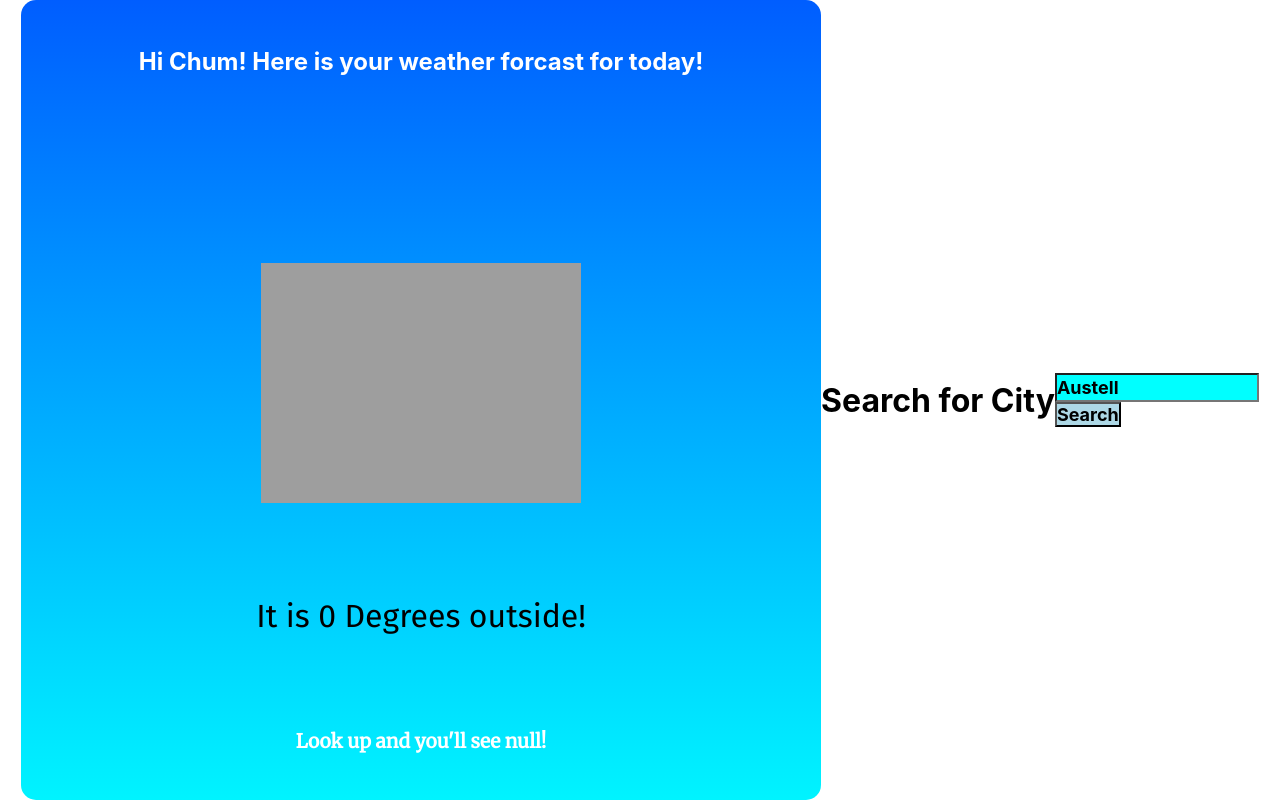
Repository: sayrilamar/chumsweatherapp
Page: /
These files come from the project's save history. The page is drawn as it stood at one moment and after a run of saves; the edit follows.
The browser window is 1280 px wide. The pictures show the whole page.
Pictures or frames that could not be fetched are drawn as grey boxes. The page's requests for data from a server got no answer. The project was rebuilt for these pictures with package versions that can differ from the ones it lists, and the page was loaded fresh each time. No one was signed in, and anything a server would have sent is missing.

Above is the page before, as saved 2020-04-19 08:34:27.

### src/index.css
* {
  margin: 0;
  padding: 0;
  font-family: -apple-system, BlinkMacSystemFont, 'Segoe UI', 'Roboto', 'Oxygen',
    'Ubuntu', 'Cantarell', 'Fira Sans', 'Droid Sans', 'Helvetica Neue',
    sans-serif;
  -webkit-font-smoothing: antialiased;
  -moz-osx-font-smoothing: grayscale;
}

### src/App.js
import React, {useState, useEffect} from "react";
import "./App.css";
import WeatherCard from "./components/WeatherCard/component.js";

function App() {
  const [query,
    setQuery] = useState("Austell");
  const [weather,
    setWeather] = useState({temp: null, city: null, condition: null, country: null, description: null});

  const data = async q => {
    const apiRes = await fetch(`http://api.openweathermap.org/data/2.5/weather?q=${q}&units=imperial&APPID=ab0ef440364092f54ff821ca2b803163`);
    const resJSON = await apiRes.json();
    return resJSON;
  };

  const handleSearch = e => {
    data(query).then(res => console.log(res));
    e.preventDefault();
    data(query).then(res => {
      setWeather({temp: res.main.temp, city: res.name, condition: res.weather[0].main, country: res.sys.country, description: res.weather[0].description});
    });
  };

  // runs once the dom is loaded for the first time only, because there is no
  // variable being watched in the dependency array
  useEffect(() => {
    data(query).then(res => {
      setWeather({temp: res.main.temp, city: res.name, condition: res.weather[0].main, country: res.sys.country, description: res.weather[0].description});
    });
  }, []);

  return (
    <div className="App">
      <div>
        <WeatherCard
          temp={Math.round(weather.temp)}
          condition={weather.condition}
          city={weather.city}
          state={weather.country}
          description={weather.description}/>
      </div>
      <h1>Search for City</h1>
      <form>
        <div>
          <input
            className="input"
            value={query}
            onChange={e => setQuery(e.target.value)}/>
        </div>
        <div>
          <button className="button" onClick={e => handleSearch(e)}>
            Search
          </button>
        </div>
      </form>
    </div>
  );
}

export default App;

### src/App.css
@import url("https://fonts.googleapis.com/css?family=Merriweather|Fira+Sans&display=swap");

.App {
  margin: 0 auto;
  color: white;
  display: flex;
  justify-content: center;
  align-items: center;
}

h1 {
  color: black;
}

.input {
  background-color: aqua;
  font-weight: bold;
  height: 25px;
  width: 200px;
  font-size: large;
}

.button {
  height: fit-content;
  font-size: large;
  font-weight: bold;
  background-color: lightblue
}

### src/components/WeatherCard/component.js
import React from "react";
import styled from "@emotion/styled";
import Location from "./Location";
import Icon from "./Icon";
import Condition from "./Condition";

const WeatherCard = ({temp, condition, city, state, description}) => {
    let highColor = 0;
    let lowColor = 0;
    let bg = null;

    if (temp > 53.6) {
        highColor = (1 - (temp - 53.6) / 50.4) * 255;
        lowColor = highColor - 150;
        bg = `linear-gradient(
            to top,
            rgb(255, ${highColor}, 0),
            rgb(255, ${lowColor}, 0)
          )`;
    } else if (temp <= 53.6) {
        highColor = (1 - (temp + 4) / 89) * 255;
        lowColor = highColor - 150;
        bg = `linear-gradient(
            to top,
            rgb(0, ${highColor}, 255),
            rgb(0, ${lowColor}, 255)
          )`;
    }

    const Card = styled.div `
    margin: 0 auto;
    background: ${bg};
    width: 800px;
    height: 800px;
    display: flex;
    flex-direction: column;
    justify-content: space-around;
    align-items: center;
    border-radius: 15px;
  `;

    return (
        <Card>
            <h2>Hi Chum! Here is your weather forcast for today!</h2>
            <Location city={city} state={state}/>
            <Icon condition={condition}/>
            <Condition temp={temp} condition={condition} description={description}/>
        </Card>
    );
};

export default WeatherCard;

### src/components/WeatherCard/Location.js
import React from "react";
import styled from "@emotion/styled";

const Location = ({city, state}) => {
  const Container = styled.div `
    text-align: center;
  `;

  const City = styled.h1 `
    font-family: "Merriweather", sans-serif;
    font-size: 1.6rem;
  `;

  const Country = styled.h3 `
    font-family: "Fira Sans", sans-serif;
    font-size: 1.1rem;
  `;

  return (
    <Container>
      <City>{city}</City>
      <Country>{state}</Country>
    </Container>
  );
};

export default Location;

### src/components/WeatherCard/Icon.js
import React from "react";
import styled from "@emotion/styled";

// https://openweathermap.org/weather-conditions
const Icon = ({condition}) => {
  let icon;
  switch (condition) {
    case "Clouds":
      icon = `02d@2x`;
      break;
    case "Clear":
      icon = `01d@2x`;
      break;
    case "Haze":
      icon = `50d@2x`;
      break;
    case "Fog":
      icon = `50d@2x`;
      break;
    case "Tornado":
      icon = `50d@2x`;
      break;
    case "Dust":
      icon = `50d@2x`;
      break;
    case "Mist":
      icon = `50d@2x`;
      break;
    case "Snow":
      icon = `13d@2x`;
      break;
    case "Rain":
      icon = `10d@2x`;
      break;
    case "Drizzle":
      icon = `11d@2x`;
      break;
    case "Thunderstorm":
      icon = `11d@2x`;
      break;
    default:
      icon = ``;
      break;
  }

  const Icon = styled.img `
    width: 40%;
  `;

  return (<Icon src={`http://openweathermap.org/img/wn/${icon}.png`} alt="Weather Icon"/>);
};

export default Icon;

### src/components/WeatherCard/Condition.js
import React, {Fragment} from "react";
import styled from "@emotion/styled";

const Condition = ({temp, condition, description}) => {
  const Temp = styled.h1 `
    font-family: "Fira Sans", sans-serif;
    font-size: 2rem;
    font-weight: 200;
  `;

  const State = styled.h3 `
    font-family: "Merriweather", sans-serif;
    font-size: 1.2rem;
  `;

  return (
    <Fragment>
      <Temp>
        It is {temp + " "}
        Degrees outside!
      </Temp>
      <State>{"Look up and you'll see " + description + "!"}</State>
    </Fragment>
  );
};

export default Condition;

Loaded but not shown: public/index.html (common file); src/index.js (common file); src/serviceWorker.js (common file)

After the next 4 saves:
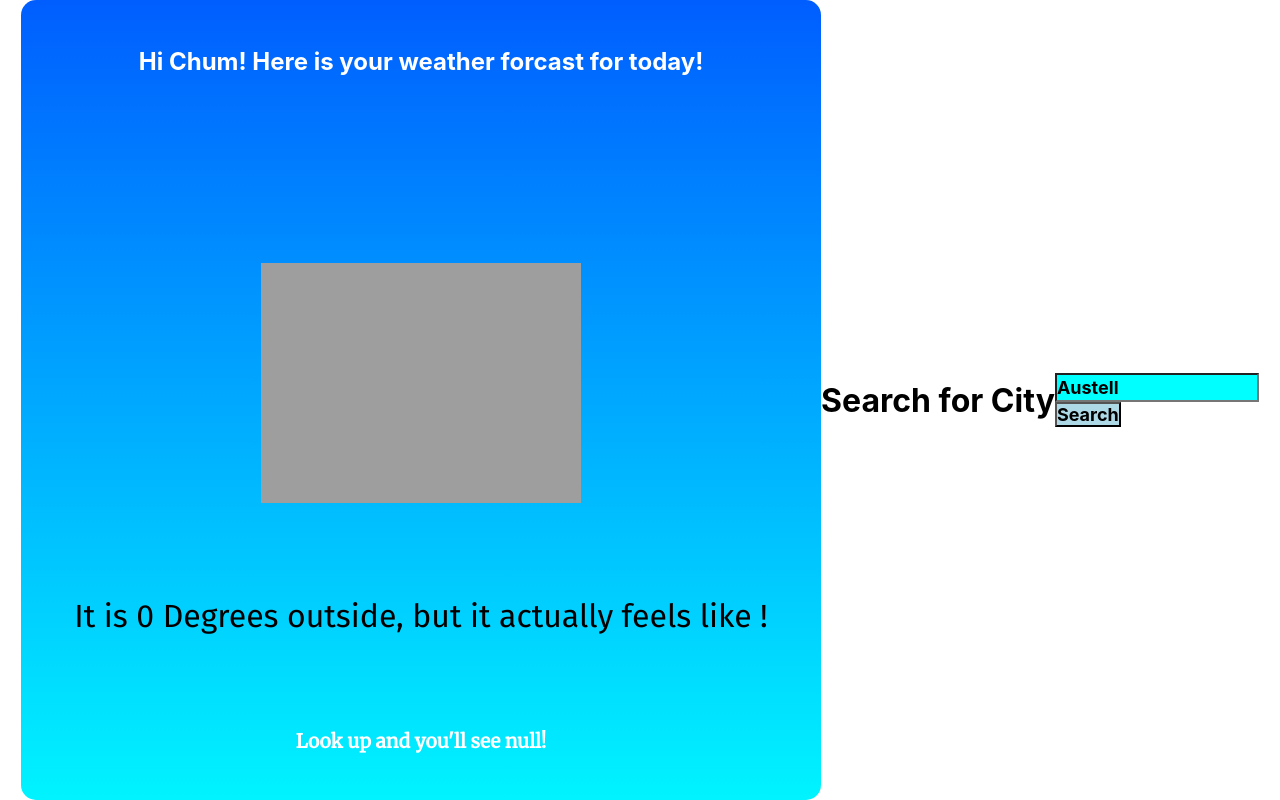
The 4 saves are shown as one change because 3 did not build or start.
The last was saved 6 min 45 s later.
--- a/src/App.js
+++ b/src/App.js
@@ -6,7 +6,14 @@ function App() {
   const [query,
     setQuery] = useState("Austell");
   const [weather,
-    setWeather] = useState({temp: null, city: null, condition: null, country: null, description: null});
+    setWeather] = useState({
+    temp: null,
+    city: null,
+    condition: null,
+    country: null,
+    description: null,
+    feels_like: null
+  });
 
   const data = async q => {
     const apiRes = await fetch(`http://api.openweathermap.org/data/2.5/weather?q=${q}&units=imperial&APPID=ab0ef440364092f54ff821ca2b803163`);
--- a/src/components/WeatherCard/component.js
+++ b/src/components/WeatherCard/component.js
@@ -4,7 +4,14 @@ import Location from "./Location";
 import Icon from "./Icon";
 import Condition from "./Condition";
 
-const WeatherCard = ({temp, condition, city, state, description}) => {
+const WeatherCard = ({
+    temp,
+    condition,
+    city,
+    state,
+    description,
+    feels_like
+}) => {
     let highColor = 0;
     let lowColor = 0;
     let bg = null;
@@ -44,7 +51,11 @@ const WeatherCard = ({temp, condition, city, state, description}) => {
             <h2>Hi Chum! Here is your weather forcast for today!</h2>
             <Location city={city} state={state}/>
             <Icon condition={condition}/>
-            <Condition temp={temp} condition={condition} description={description}/>
+            <Condition
+                temp={temp}
+                condition={condition}
+                description={description}
+                feels_like={feels_like}/>
         </Card>
     );
 };
--- a/src/components/WeatherCard/Condition.js
+++ b/src/components/WeatherCard/Condition.js
@@ -1,7 +1,7 @@
 import React, {Fragment} from "react";
 import styled from "@emotion/styled";
 
-const Condition = ({temp, condition, description}) => {
+const Condition = ({temp, condition, description, feels_like}) => {
   const Temp = styled.h1 `
     font-family: "Fira Sans", sans-serif;
     font-size: 2rem;
@@ -17,7 +17,7 @@ const Condition = ({temp, condition, description}) => {
     <Fragment>
       <Temp>
         It is {temp + " "}
-        Degrees outside!
+        Degrees outside, but it actually feels like {feels_like}!
       </Temp>
       <State>{"Look up and you'll see " + description + "!"}</State>
     </Fragment>
